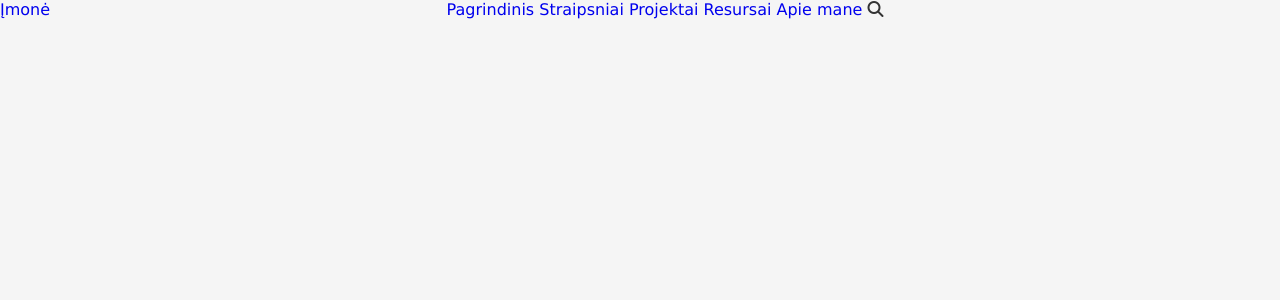
Repository: motiejus1/14-paskaita-05.31
Page: index.html
These files come from the project's save history. The page is drawn as it stood at one moment and after the next save; the edit follows.
The browser window is 1280 px wide. The pictures show the whole page.
Some web libraries are served in a nearby version.

Above is the page before, as saved 2021-06-23 18:47:33.

### index.html
<!DOCTYPE html>
<html lang="en">
<head>
    <meta charset="UTF-8">
    <meta http-equiv="X-UA-Compatible" content="IE=edge">
    <meta name="viewport" content="width=device-width, initial-scale=1.0">
    <title>14 paskaita</title>

    <link rel="stylesheet" href="http://maxcdn.bootstrapcdn.com/font-awesome/latest/css/font-awesome.min.css">
    <style>
        html {
            font-size: 16px;
        }

        body {
            max-width: 1920px;
            margin: 0 auto;
            font-family: Verdana, Arial, sans-serif;
            line-height: 1.25rem;
            color:#333;
            background-color: #f5f5f5;
        }

        .container {
            width: 100%;
            margin: auto;
        }

        a {
            text-decoration: none;
            transition: all 0.3s ease;
        }

        .area {
            display: flex;
            /* flex-direction:row; */
            /* flex-wrap: wrap; */

            flex-flow: row wrap;
            align-items: stretch;
            justify-content: space-between;

            margin-left: auto;
        }


    </style>
</head>
<body>
    <div class="container">
        <div class="navbar-component">
            <div class="navbar area">
                <a href="#" class="brand">Įmonė</a>

                <nav id="navigation" class="list">
                    <a href="#" class="item -link">Pagrindinis</a>
                    <a href="#" class="item -link" >Straipsniai</a>
                    <a href="#" class="item -link">Projektai</a>
                    <a href="#"class="item -link">Resursai</a>
                    <a href="#" class="item -link">Apie mane</a>
                    <span class="item">
                        <i class="fa fa-search"></i>
                    </span>
                </nav>

                <a href="#"></a>
            </div>

        </div>
    </div>

</body>
</html>

After the next save:
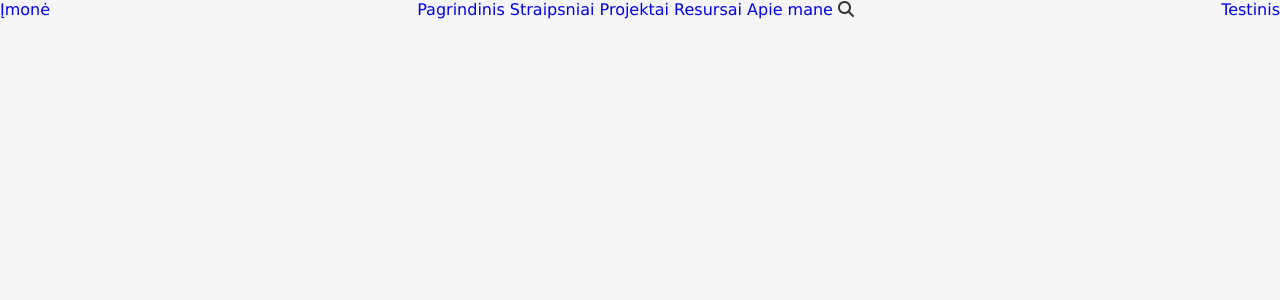
Saved 8 s later.
--- a/index.html
+++ b/index.html
@@ -63,7 +63,7 @@
                     </span>
                 </nav>
 
-                <a href="#"></a>
+                <a href="#">Testinis</a>
             </div>
 
         </div>
